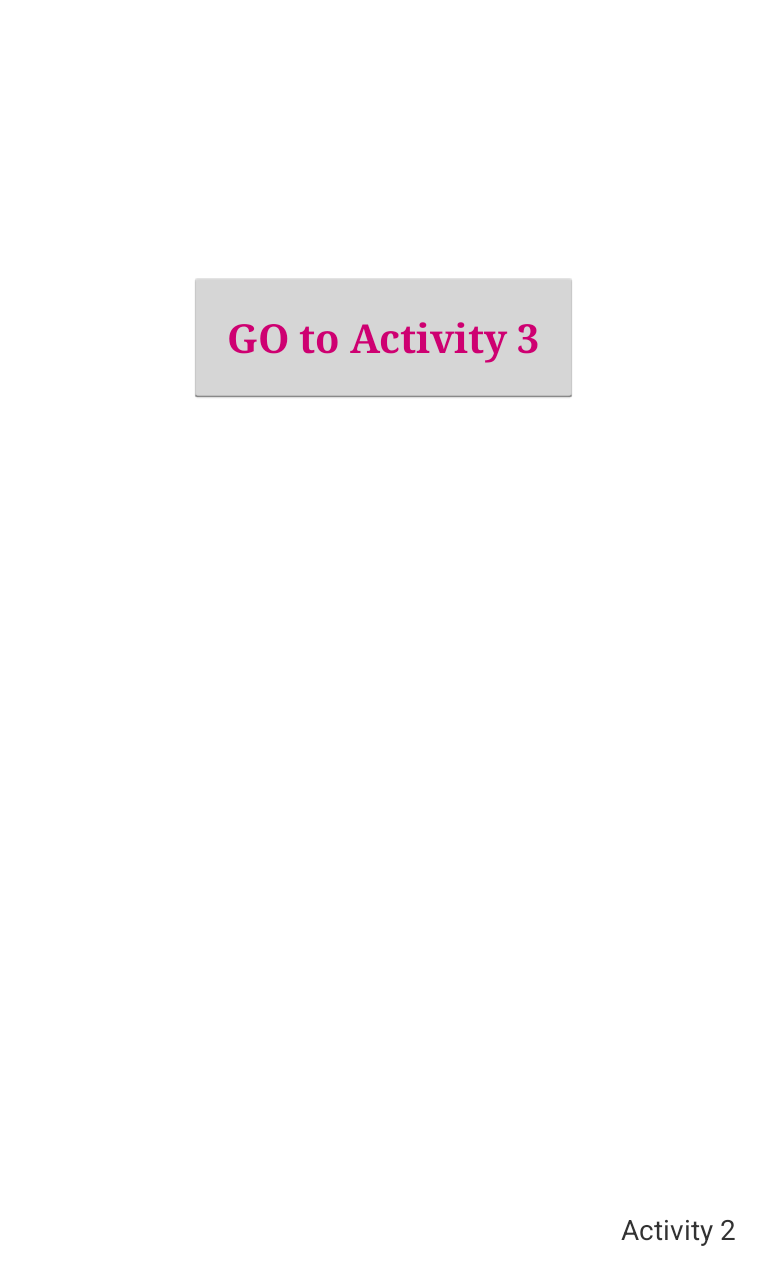
Repository: EnjoyWorkTrue/Spring2014
Layout: CMP464/Assignment3/res/layout/activity_activity2.xml
An editor plug-in stored every save of this project. The layout is shown before and after the next save, followed by the edit.
It is drawn on a 768 x 1280 px phone screen (xhdpi) without system bars, with theme AppTheme; the app's code is not run.

Above is the layout before, as saved 2014-02-25 22:01:01.

After the next save:
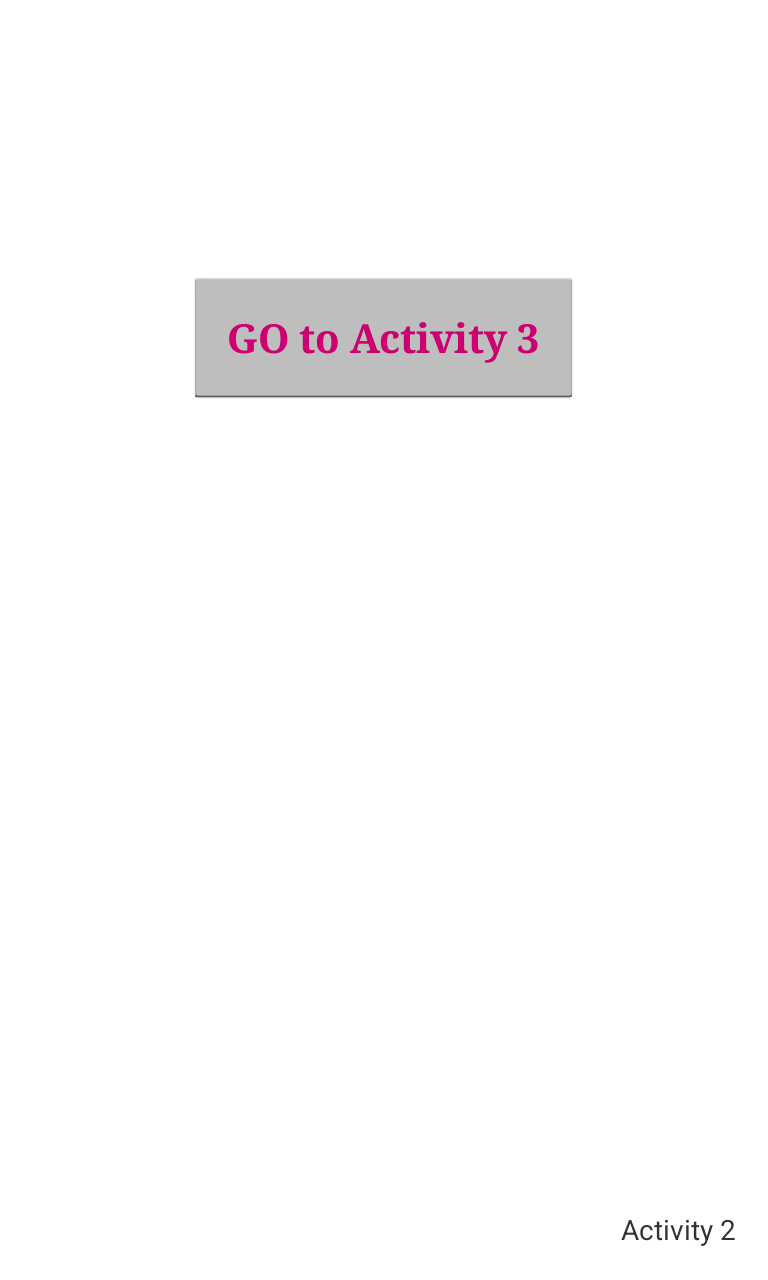
Saved 93 s later.
--- a/CMP464/Assignment3/res/layout/activity_activity2.xml
+++ b/CMP464/Assignment3/res/layout/activity_activity2.xml
@@ -10,6 +10,21 @@
 
     <Button
         android:id="@+id/button2"
+        android:onClick="letsGoAc3"
+        android:layout_width="wrap_content"
+        android:layout_height="wrap_content"
+        android:layout_alignParentTop="true"
+        android:layout_centerHorizontal="true"
+        android:layout_marginTop="119dp"
+        android:padding="20dp"
+        android:text="GO to Activity 3"
+        android:textColor="#CE0071"
+        android:textSize="20sp"
+        android:textStyle="bold"
+        android:typeface="serif" />
+    <Button
+        android:id="@+id/button2A"
+        android:onClick="letsGoAc3"
         android:layout_width="wrap_content"
         android:layout_height="wrap_content"
         android:layout_alignParentTop="true"
@@ -22,6 +37,7 @@
         android:textStyle="bold"
         android:typeface="serif" />
 
+
     <TextView
         android:id="@+id/textView1"
         android:layout_width="wrap_content"
